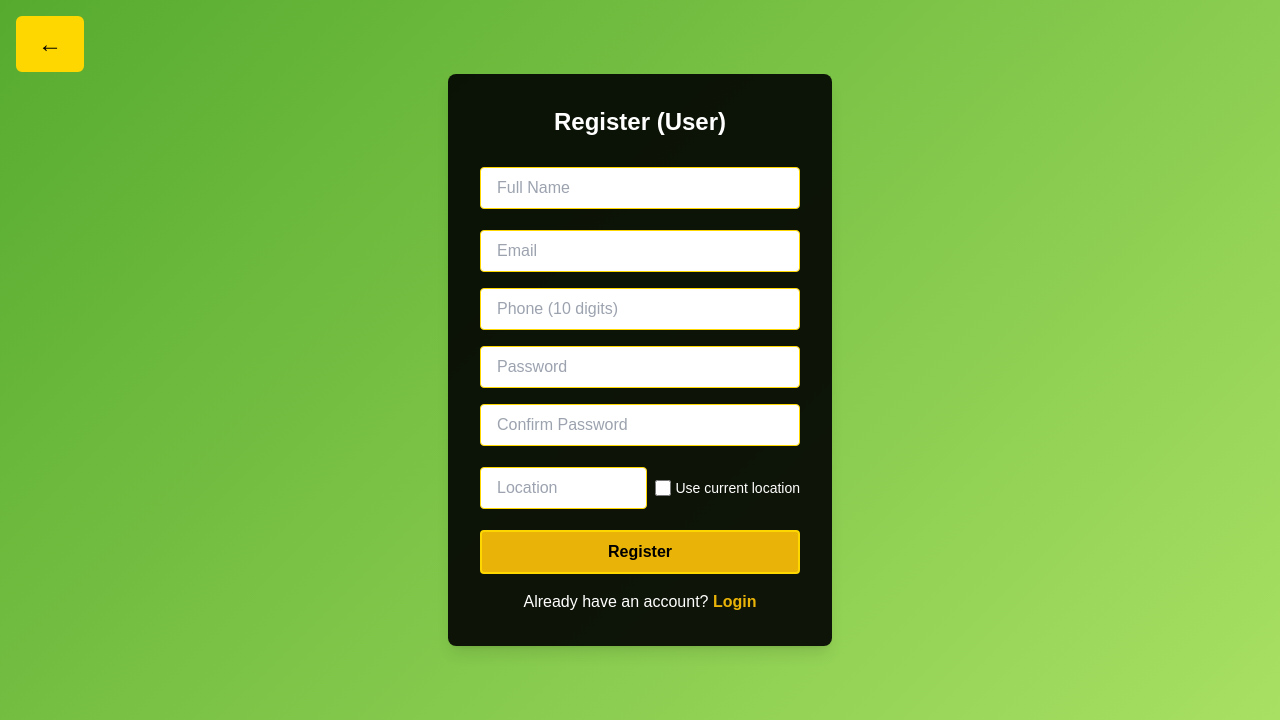
Repository: TenetiSrujana/SPOTnSORT
Page: /register (app in frontend/)
The author's editor kept a copy of each file at every save. The page is drawn from the files as they stood at one save, then again after the next save.
The browser window is 1280 px wide. The pictures show the whole page.
Some web libraries are served in a nearby version. The project was rebuilt for these pictures with package versions that can differ from the ones it lists, and the page was loaded fresh each time. Also part of the build but not shown: frontend/src/components/PrivateRoute.jsx, frontend/src/pages/Landing.jsx, frontend/src/components/BubbleLayout.jsx, frontend/src/pages/Auth/Login.jsx, frontend/src/pages/User/UserHome.jsx, frontend/src/pages/User/ReportForm.jsx, frontend/src/pages/User/UserMap.jsx, frontend/src/pages/User/UserAnalysis.jsx and 6 more.

Above is the page before, as saved 2025-10-23 18:14:53.

After the next save:
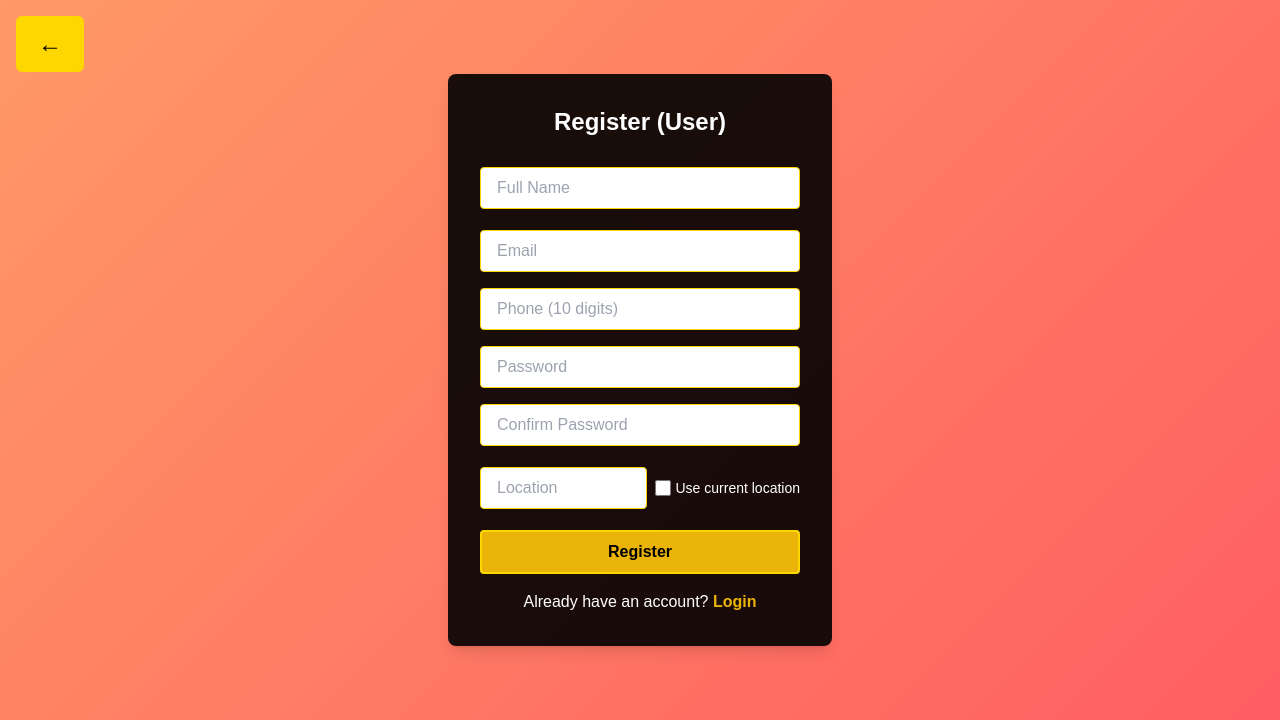
Saved 12 s later.
--- a/frontend/src/components/BubblesBackground.jsx
+++ b/frontend/src/components/BubblesBackground.jsx
@@ -6,7 +6,7 @@ const BubblesBackground = () => {
     <div
       className="fixed inset-0 -z-10"
       style={{
-        background: "linear-gradient(135deg, #56ab2f, #a8e063)",
+        background: "linear-gradient(135deg, #ff9966, #ff5e62)",
         backgroundSize: "cover",
         minHeight: "100vh",
         width: "100%",
